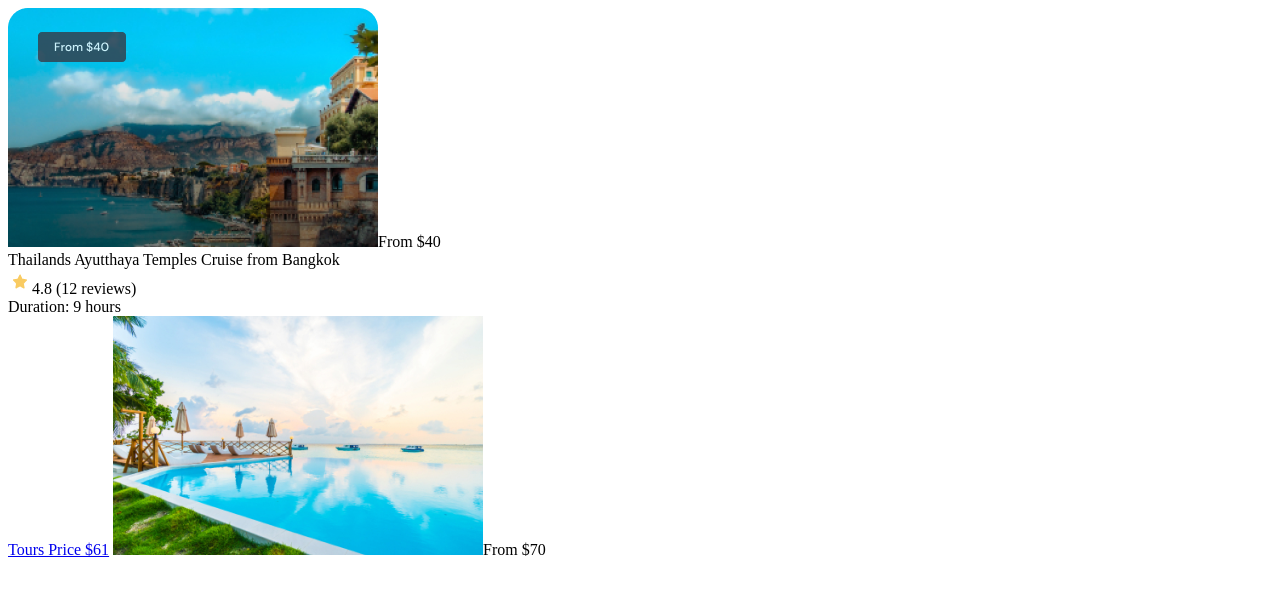
Repository: nguyentuankiet-k61/K_IT-demo
Page: index.html
These files come from the project's save history. The page is drawn as it stood at one moment and after the next save; the edit follows.
The browser window is 1280 px wide. The pictures show the whole page.

Above is the page before, as saved 2022-09-23 17:45:27.

After the next save:
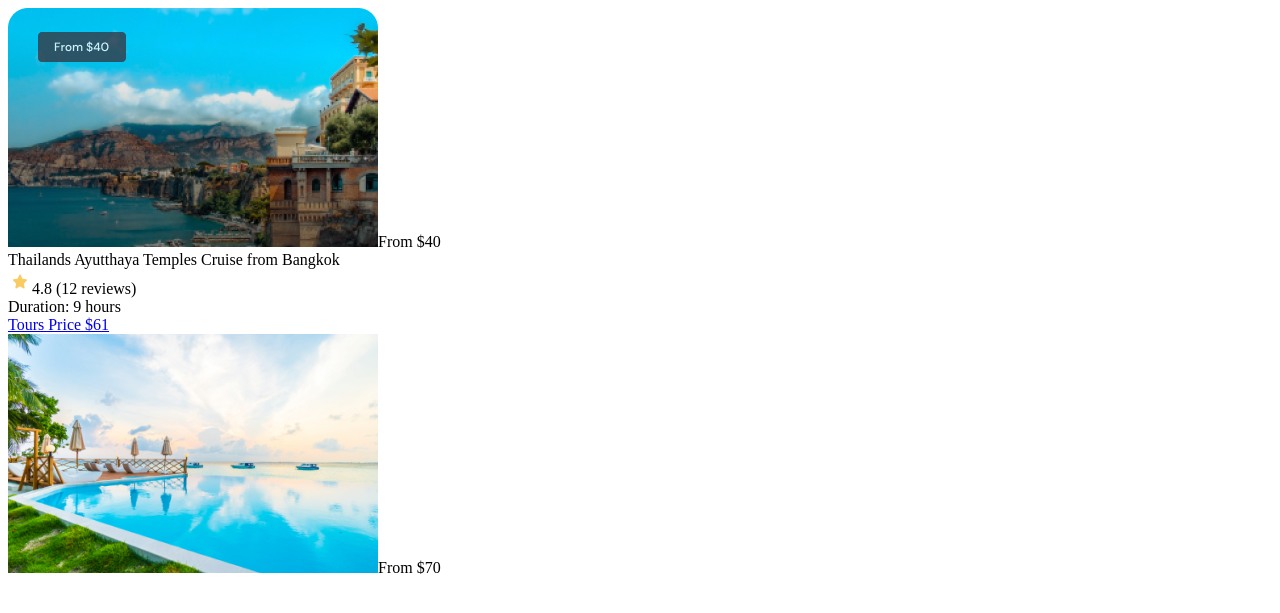
Saved 86 s later.
--- a/index.html
+++ b/index.html
@@ -26,8 +26,8 @@
                     <div class="Tours_Duration">Duration: 9 hours</div>
                 </div>
             </div>
-            <a href="https://www.facebook.com/kutooo" target="noopener noreferrer" class="Tours-botton">Tours Price $61</a>
-         <img src="./image/img2.png" alt="this_is_image"/>From $70
+            <a href="https://www.facebook.com/kutooo" target="noopener noreferrer" class="Tours-botton">Tours Price $61</a></br>
+            <img src="./image/img2.png" alt="this_is_image"/>From $70
         </div>
     </div>
  </div>
